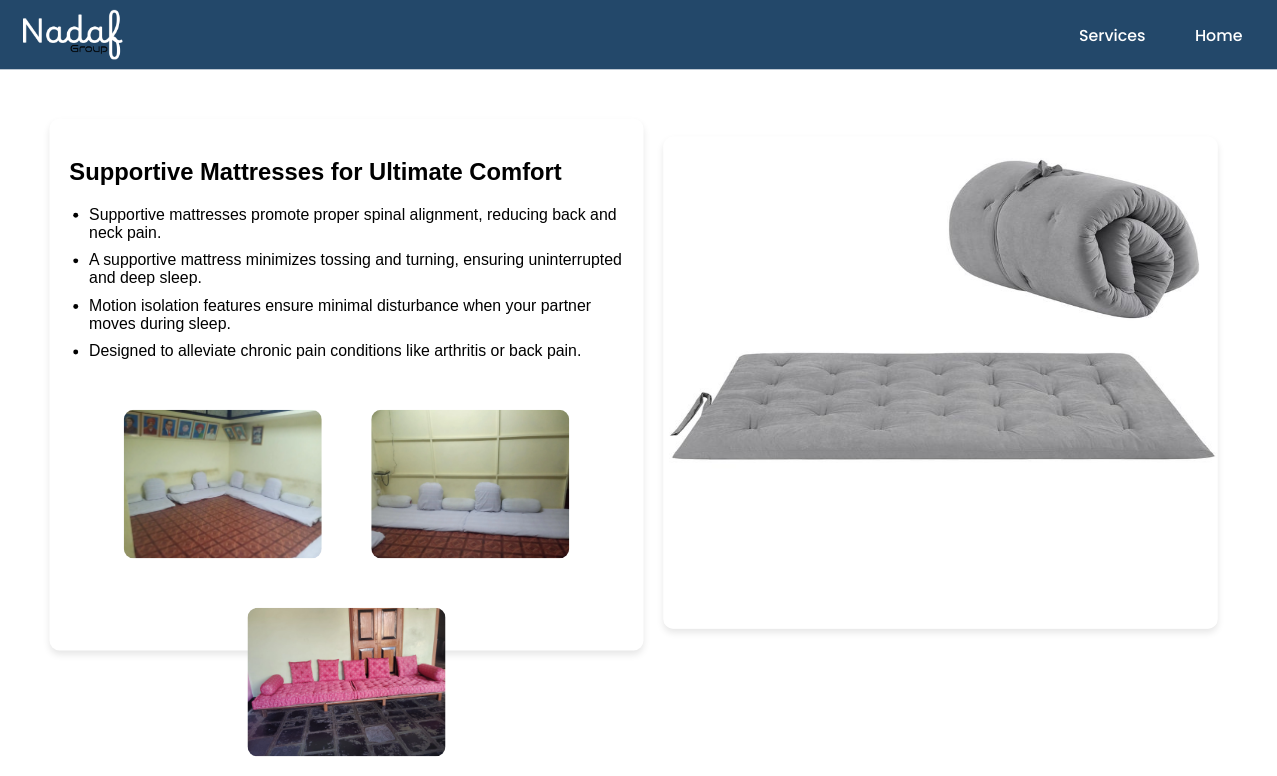
Repository: nadafgroup/rashidgadiUI
Page: src/rent.html
These files come from the project's save history. The page is drawn as it stood at one moment and after the next save; the edit follows.
The browser window is 1280 px wide. The page is 1290 px wide, so the pictures cover 1290 px, including what lies to the right of the window. The pictures show the whole page, at 99% of full size.

Above is the page before, as saved 2025-01-29 15:51:28.
Console error: TypeError: Cannot read properties of null (reading 'addEventListener')

After the next save:
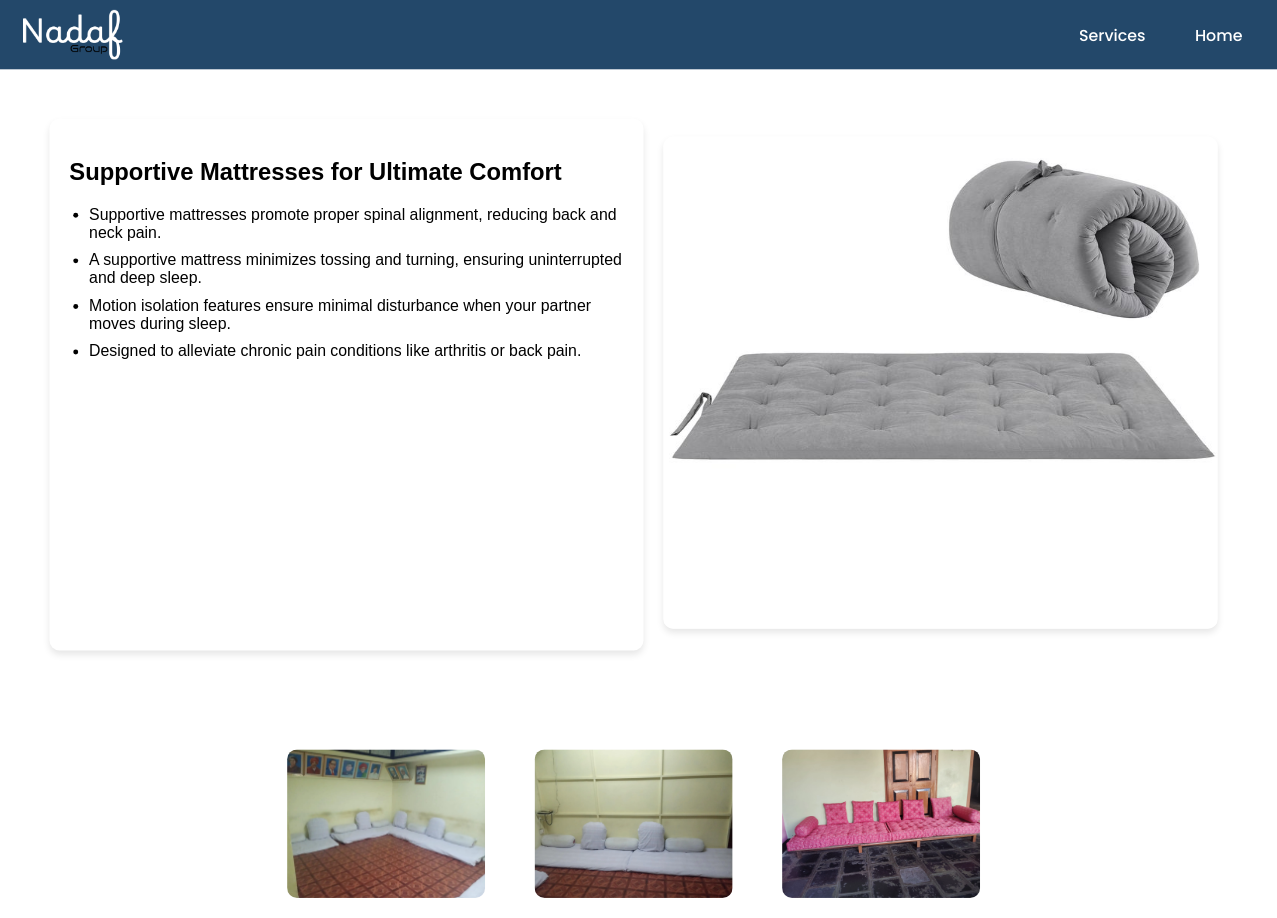
Saved 9 s later.
--- a/src/rent.html
+++ b/src/rent.html
@@ -43,17 +43,7 @@
                 <li>Designed to alleviate chronic pain conditions like arthritis or back pain.</li>
             </ul>
 
-            <div class="gallery">
-                <img src="../assets/img/real img/r2.webp" alt="Gallery Image 1">
-                <img src="../assets/img/real img/r3.webp" alt="Gallery Image 2">
-                <img src="../assets/img/real img/r8.webp" alt="Gallery Image 3">
-            </div>
 
-             <!-- Modal for displaying images in full screen -->
-    <div id="imageModal" class="modal">
-        <span class="close" id="closeModal">&times;</span>
-        <img class="modal-content" id="modalImage" alt="Full-size image">
-    </div>
         </div>
 
         <div class="image-container">
@@ -61,6 +51,17 @@
         </div>
     </div>
 
+    <div class="gallery">
+        <img src="../assets/img/real img/r2.webp" alt="Gallery Image 1">
+        <img src="../assets/img/real img/r3.webp" alt="Gallery Image 2">
+        <img src="../assets/img/real img/r8.webp" alt="Gallery Image 3">
+    </div>
+
+     <!-- Modal for displaying images in full screen -->
+<div id="imageModal" class="modal">
+<span class="close" id="closeModal">&times;</span>
+<img class="modal-content" id="modalImage" alt="Full-size image">
+</div>
 
     <script src="./products.js"></script>
 </body>
